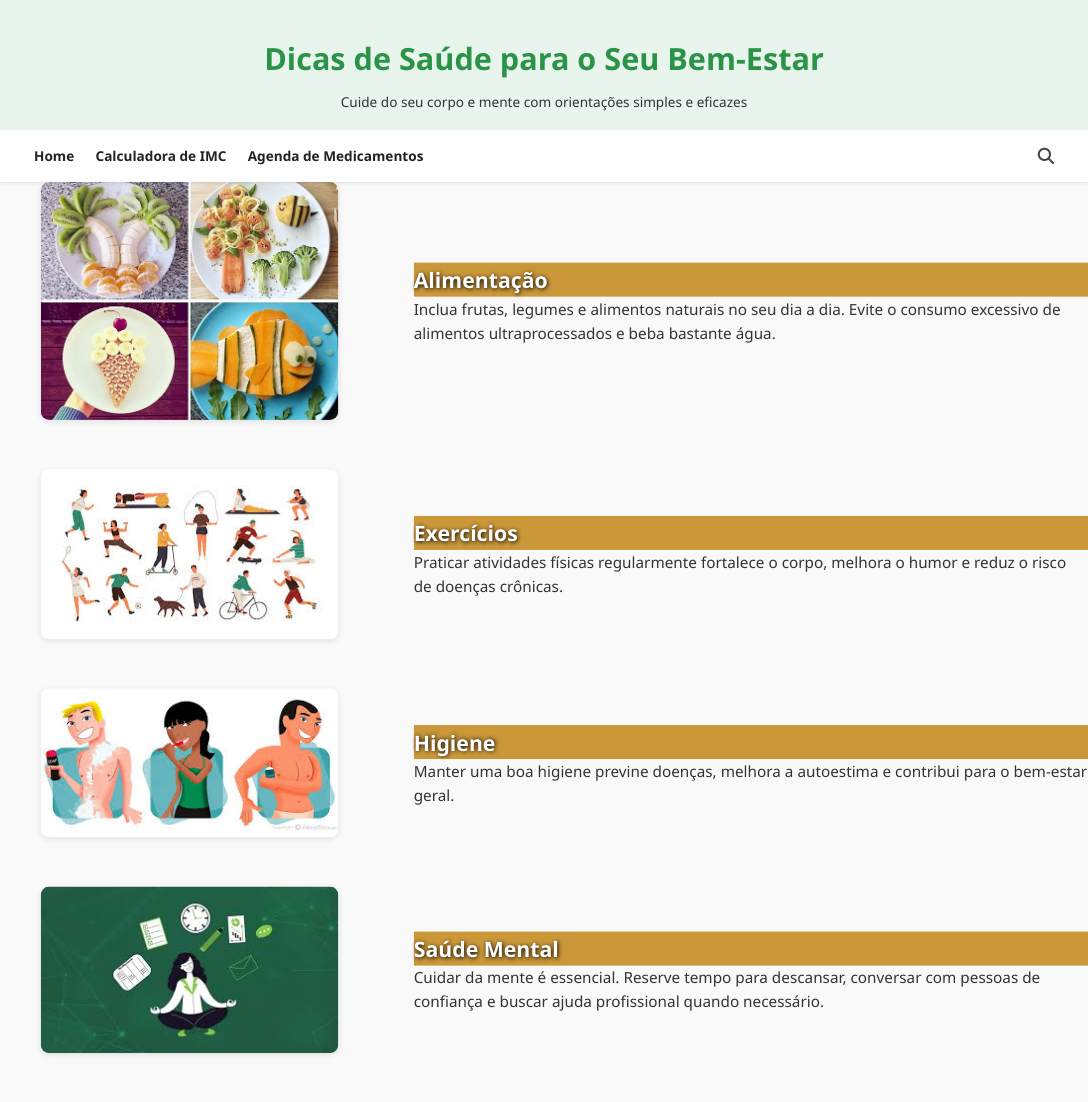
Repository: Cristiane-Sartori14/dicasSaude
Page: index.html
An editor plug-in stored every save of this project. The page is shown before and after the next save, followed by the edit.
The browser window is 1280 px wide. The pictures show the whole page, at 85% of full size.

Above is the page before, as saved 2025-05-18 22:47:10.

### index.html
<!DOCTYPE html>
<html lang="en">
  <head>
    <meta charset="UTF-8" />
    <meta name="viewport" content="width=device-width, initial-scale=1.0" />
    <title>Dicas de Saúde</title>
    <link rel="stylesheet" href="style.css" />

    <link
      rel="stylesheet"
      href="https://cdnjs.cloudflare.com/ajax/libs/font-awesome/6.5.0/css/all.min.css"
    />
  </head>
  <body>
    <!-- Título principal da página -->
    <section class="main-title">
      <h1>Dicas de Saúde para o Seu Bem-Estar</h1>
      <p>Cuide do seu corpo e mente com orientações simples e eficazes</p>
    </section>

    <!--Cabeçalho-->
    <header class="header">
      <div class="nav-container">
        <nav>
          <ul class="nav-links">
            <li><a href="#">Home</a></li>
            <li><a href="#">Calculadora de IMC</a></li>
            <li><a href="#">Agenda de Medicamentos</a></li>
          </ul>
        </nav>
        <div class="header-icons">
          <div class="icon search-icon">
            <i class="fa-solid fa-magnifying-glass"></i>
          </div>
        </div>
      </div>
    </header>

      <!-- Alimentação -->
      <section class="section-saude">
        <div class="imagem">
          <img src="img/alimento.jpg" alt="Alimentação Saudável" />
        </div>
        <div class="texto">
          <h2>Alimentação</h2>
          <p>
            Inclua frutas, legumes e alimentos naturais no seu dia a dia. Evite
            o consumo excessivo de alimentos ultraprocessados e beba bastante
            água.
          </p>
        </div>
      </section>

      <!-- Exercícios -->
      <section class="section-saude">
        <div class="imagem">
          <img src="img/exercicio.jpg" alt="Exercício Físico" />
        </div>
        <div class="texto">
          <h2>Exercícios</h2>
          <p>
            Praticar atividades físicas regularmente fortalece o corpo, melhora
            o humor e reduz o risco de doenças crônicas.
          </p>
        </div>
      </section>

      <!-- Higiene -->
      <section class="section-saude">
        <div class="imagem">
          <img src="img/higiene.jpg" alt="Higiene Pessoal" />
        </div>
        <div class="texto">
          <h2>Higiene</h2>
          <p>
            Manter uma boa higiene previne doenças, melhora a autoestima e
            contribui para o bem-estar geral.
          </p>
        </div>
      </section>

      <!-- Saúde Mental -->
      <section class="section-saude">
        <div class="imagem">
          <img src="img/saude-mental.jpg" alt="Saúde Mental" />
        </div>
        <div class="texto">
          <h2>Saúde Mental</h2>
          <p>
            Cuidar da mente é essencial. Reserve tempo para descansar, conversar
            com pessoas de confiança e buscar ajuda profissional quando
            necessário.
          </p>
        </div>
      </section>
    </main>
  </body>
</html>

### style.css
* {
  box-sizing: border-box;
  margin: 0;
  padding: 0;
}

body {
  font-family: "Segoe UI", Tahoma, Verdana, sans-serif;
  background-color: #f9f9f9;
  color: #333;
  line-height: 1.6;
}

/*Título*/
.main-title {
  text-align: center;
  padding: 40px 20px 20px;
  background-color: #e7f5ec;

}

.main-title h1 {
  font-size: 36px;
  color: #2b9348;
  margin-bottom: 10px;
}

.texto h2 {
  font-size: 18px;
  color: #e01111;
}

/* Cabeçalho */
.header {
  background-color: #ffffff;
  box-shadow: 0 2px 4px rgba(0, 0, 0, 0.1);
  padding: 15px 30px;
  position: sticky;
  top: 0;
  z-index: 10;
}

.nav-container {
  max-width: 1200px;
  margin: 0 auto;
  display: flex;
  justify-content: space-between;
  align-items: center;
}

.nav-links {
  list-style: none;
  display: flex;
  gap: 25px;
}

.nav-links a {
  text-decoration: none;
  color: #222;
  font-weight: 600;
  transition: color 0.3s ease;
}

.nav-links a:hover,
.header-icons i:hover {
  color: #2b9348;
}

.header-icons {
  display: flex;
  align-items: center;
  gap: 15px;
}

.icon {
  font-size: 1.2rem;
  background: none;
  border: none;
  cursor: pointer;
  color: #444;
}

/* Conteúdo principal */
.health-container {
    max-width: 1200px;
    margin: 0 auto;
    padding: 40px 20px;
}

.section-saude {
  display: flex;
  align-items: center;
  justify-content: space-between;
  gap: 40px;
  margin-bottom: 50px;
  flex-wrap: wrap;
}

.imagem img {
  width: 100%;
  max-width: 350px;
  border-radius: 10px;
  box-shadow: 0 2px 8px rgba(0, 0, 0, 0.1);
}

.imagem {
  flex: 1 1 300px;
  text-align: center;
}

.texto {
  flex: 2 1 500px;
}

.texto h2 {
    font-size: 25px;
    color: #fff;
    background-color: rgb(202, 151, 57);
    text-shadow: 1px 1px 5px rgba(0, 0, 0);
}

.texto p {
  font-size: 18px;
  color: #333;
  line-height: 1.6;
}

.health-details {
  flex: 2 1 500px;
}

.health-title {
  color: #2b9348;
  font-size: 32px;
  margin-bottom: 20px;
}

.tip {
  margin-bottom: 20px;
}

.tip h3 {
  font-size: 20px;
  color: #1a5d1a;
}

.tip p {
  margin-top: 5px;
}

/* Responsivo */
@media (max-width: 768px) {
  .health-container {
    flex-direction: column;
    align-items: center;
  }

  .nav-links {
    flex-direction: column;
    align-items: center;
    gap: 10px;
  }

  .nav-container {
    flex-direction: column;
    gap: 10px;
  }
}

After the next save:
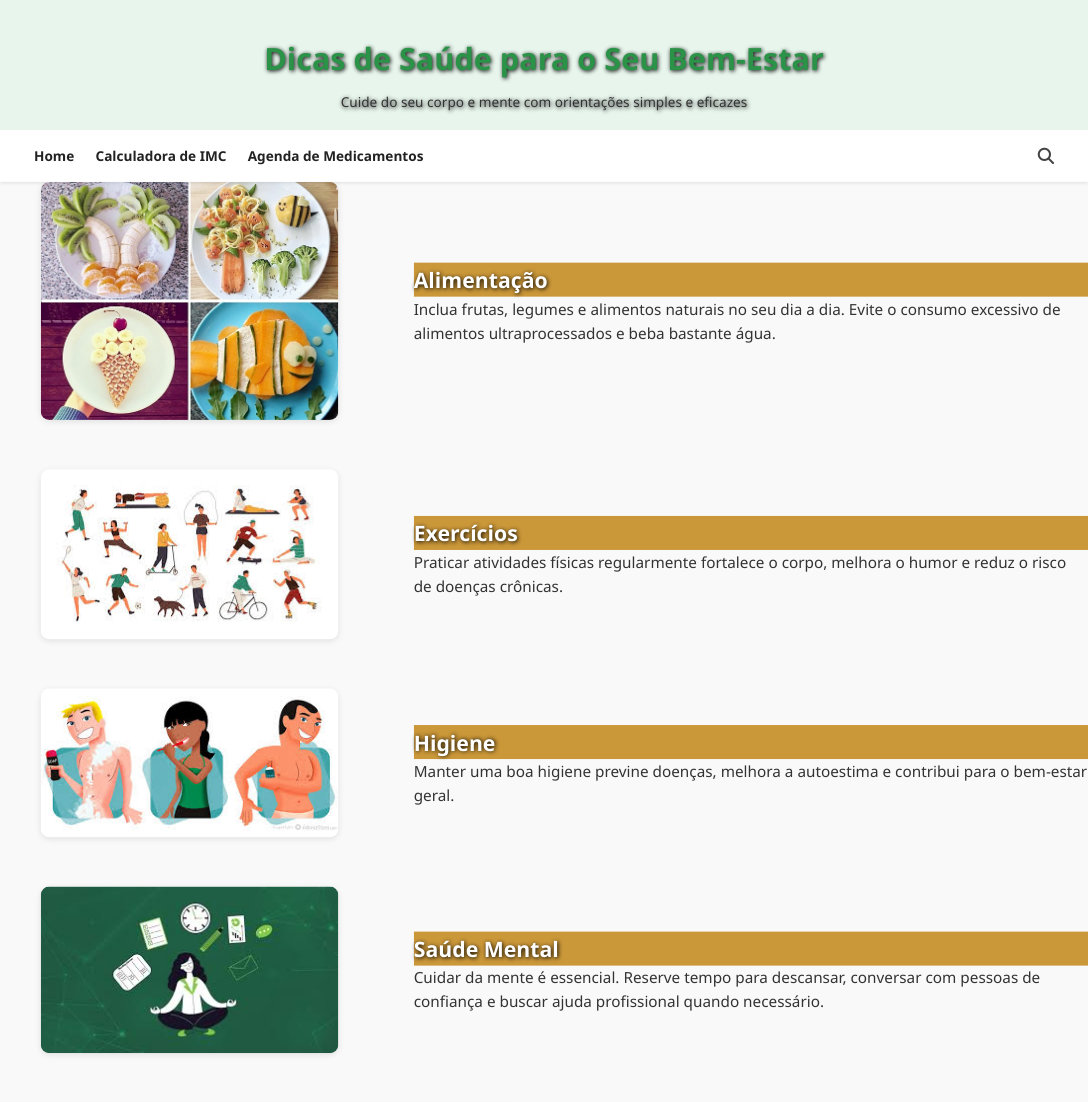
Saved 47 s later.
--- a/style.css
+++ b/style.css
@@ -16,6 +16,7 @@ body {
   text-align: center;
   padding: 40px 20px 20px;
   background-color: #e7f5ec;
+   text-shadow: 1px 1px 5px rgba(0, 0, 0);
 
 }
 
